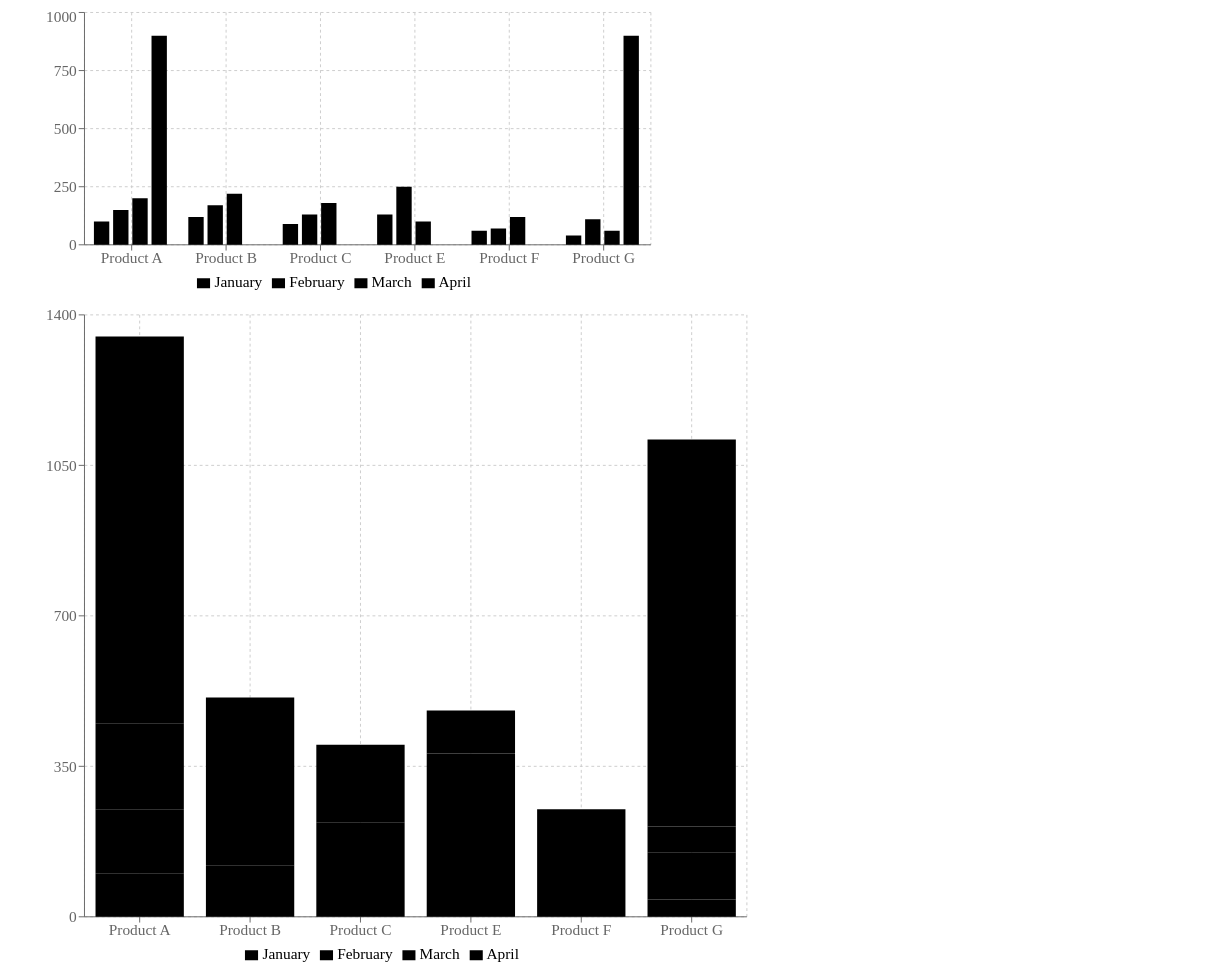
Repository: sagarjain738/test
Page: /
An editor plug-in stored every save of this project. The page is shown before and after the next save, followed by the edit.
The browser window is 1280 px wide. The pictures show the whole page, at 96% of full size.
The project was rebuilt for these pictures with package versions that can differ from the ones it lists, and the page was loaded fresh each time. Also part of the build but not shown: vite.config.js, src/App.css, src/components/PieChart.jsx, src/components/Table.jsx, src/index.css.

Above is the page before, as saved 2024-01-20 23:33:02.

After the next save:
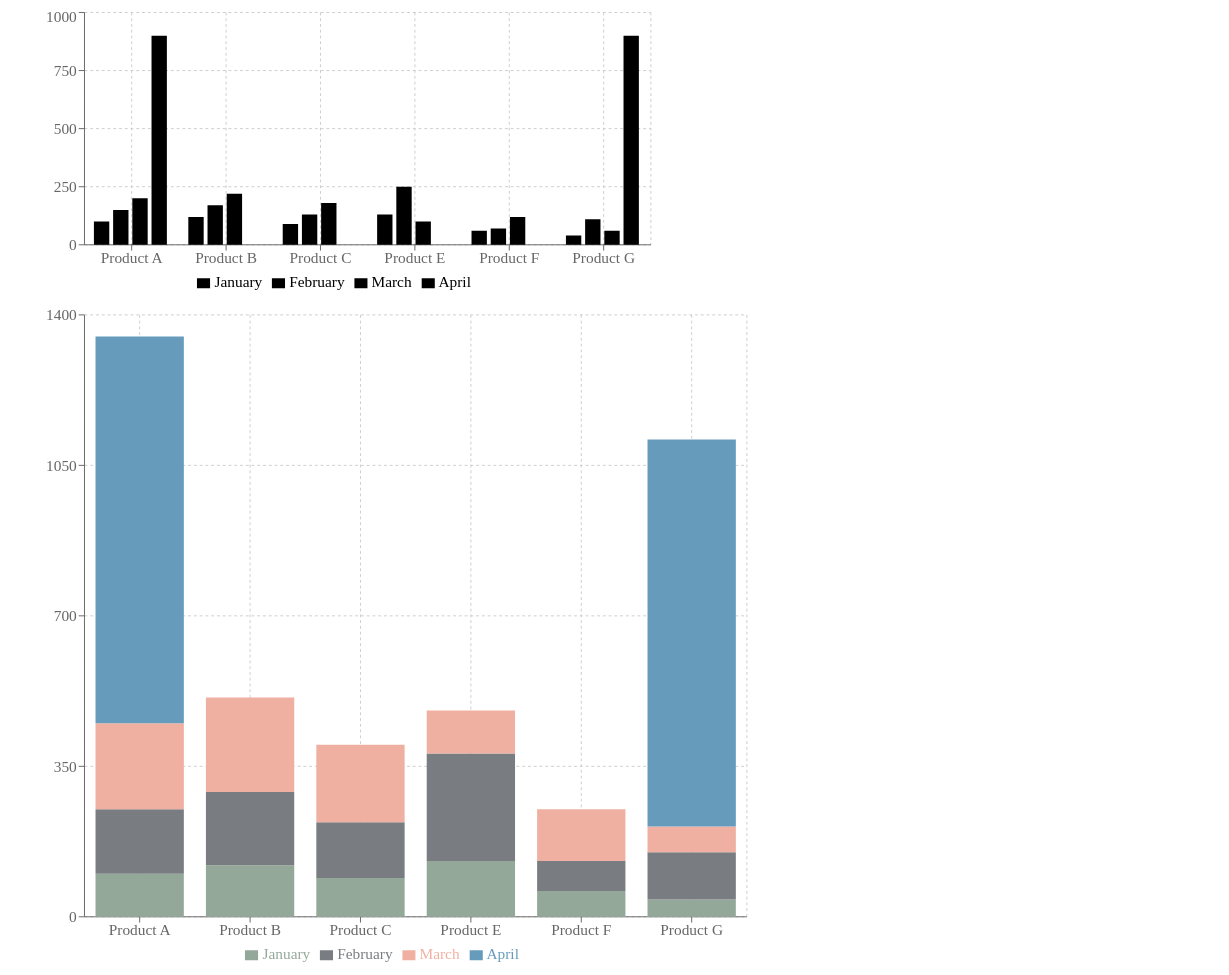
Saved 3 s later.
--- a/src/components/SecondData.jsx
+++ b/src/components/SecondData.jsx
@@ -10,7 +10,7 @@ import {
   ResponsiveContainer,
 } from "recharts";
 
-const colors = ["94A89A", "797D81", "EFB0A1", "669bbc"];
+const colors = ["#94A89A", "#797D81", "#EFB0A1", "#669bbc"];
 
 const SecondChart = ({ records, monthNames }) => {
   return (
